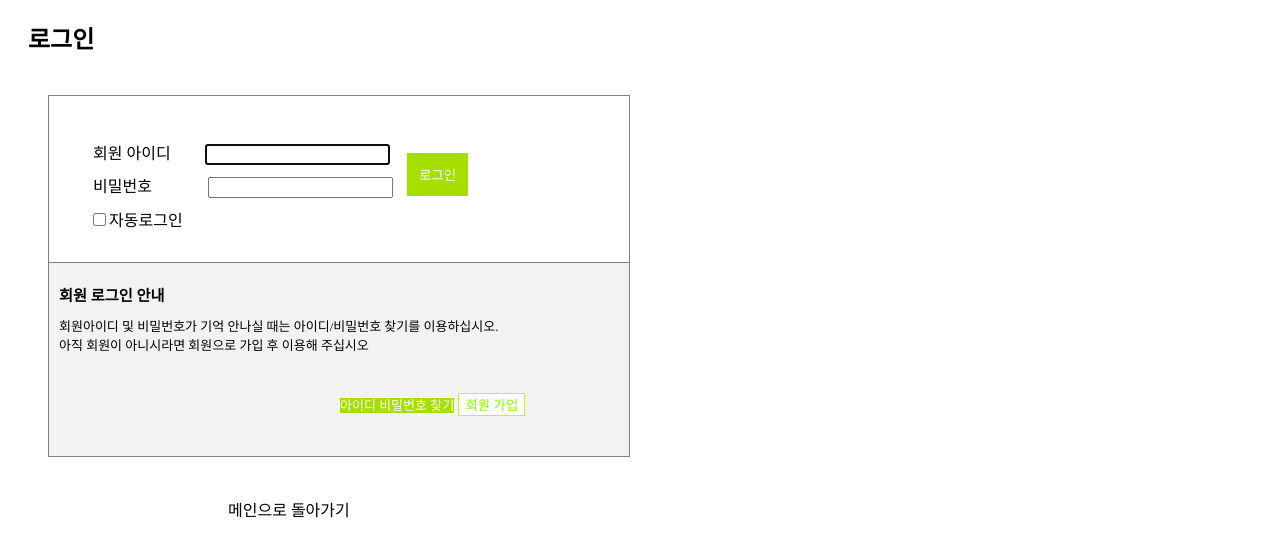
Repository: ks12b0000/JSP-School-Class
Page: chap10_JSP/src/main/webapp/Test/loginWrite.html
These files come from the project's save history. The page is drawn as it stood at one moment and after the next save; the edit follows.
The browser window is 1280 px wide. The pictures show the whole page.

Above is the page before, as saved 2022-06-04 12:34:33.

### chap10_JSP/src/main/webapp/Test/loginWrite.html
<!DOCTYPE html>
<html>
<head>
	<meta charset="UTF-8">
	<meta name="viewport" content="width=device-width, initial-scale=1.0">
	<title>로그인</title>
	<link rel="stylesheet" href="loginWrite.css" />
	<script>
function loginChk() {
    var form = document.f1;
    if (!form.user_id.value) {
        alert("아이디를 입력해 주십시오.");
        form.user_id.focus();
        return;
    }

    if (!form.user_pw.value) {
        alert("비밀번호를 입력해 주십시오.");
        form.user_pw.focus();
        return;
    }
    form.submit();
}
    </script>
</head>
<body>
	<h2>로그인</h2>
	<div class="login1">
	<form name="f1" method="post">
	<div id="id" >
		<label for="user_id">회원 아이디</label> <input type="text" id="user_id" name="user_id" autofocus/><br/>
	</div>
	<div id="pw">
		<label for="user_pw">비밀번호</label> <input type="password" id="user_pw" name="user_pw"/>
	</div>
	<div id="login_Bt">
		<input type="submit" value="로그인" onclick="loginChk()"/><br/>
	</div>
	</form>
	<form id="login_Ck">
		<input type="checkbox" id="Auto-Login" /><label for="Auto-Login">자동로그인</label>
	</form>
	</div>
	<div class="login2">
		<h3>회원 로그인 안내</h3><br/>
		<p>회원아이디 및 비밀번호가 기억 안나실 때는 아이디/비밀번호 찾기를 이용하십시오.<br/>
		아직 회원이 아니시라면 회원으로 가입 후 이용해 주십시오</p><br/>
		<form>
			<a href="findMemberInfo.html"  id="idpw_bt" onclick="window.open(this.href, '_blank', 'width=800', 'height=600');return false;">아이디 비밀번호 찾기</a>
			<a href="memberWriteSub.html"><input id="signup" type="button" value="회원 가입" /></a><br/>
		</form>
	</div>

	<a href="http://localhost:8080/chap10_JSP/Test/loginWrite.html" id="mainback">메인으로 돌아가기</a>
</body>
</html>

### chap10_JSP/src/main/webapp/Test/loginWrite.css
@charset "UTF-8";
	body h2 {
		margin-left: 20px;
	}
	.login1 {
		width: 500px;
		border: 1px solid gray;
		margin: 40px;
		padding: 40px;

	}
	.login1 #id {
		width: 400px;

		padding: 4px;
	}
	.login1 #id input {

		margin-left: 30px;
	}
	.login1 #pw {

		padding: 4px;
	}
	.login1 #pw input {

		margin-left: 52px;
	}
	.login1 #login_Bt {
		text-align: right;
		margin-top: -50px;
		margin-right: 120px;
	}
	.login1 #login_Bt input {
		margin-left: 5px;
		padding: 12px;
		border: 1px solid white;
		background-color: #A5DF00;
		color: white;
	}
	.login1 #login_Ck {
		margin-top: 10px;
	}
	.login2 {
		border: 1px solid gray;
		font-size: 13px;
		background-color: #F2F2F2;
		width: 500px;
		margin: 40px;
		padding: 40px;
		margin-top: -50px;

	}
	.login2 h3 {
		margin-top: -20px;
		margin-left: -30px;
	}
	.login2 p {
		margin-top: -20px;
		margin-left: -30px;
	}
	.login2 form {
		margin-top: 10px;
		margin-left: 250px;

	}
	.login2 #idpw_bt {
		border: 1px solid white;
		background-color: #A5DF00;
		text-decoration:none;
		height: 50px;
		color: white;
	}
	.login2 #signup {
		border: 1px solid #BFFF00;
		background-color: white;
		color: #80FF00;
	}
	body #mainback {
		margin-left: 220px;
		text-decoration: none;
		color: black;
	}
	body #em2 {
		border-top: 1px solid gray;
		margin-left: 20px;
		padding-top: 15px;
	}
	#email1 {
		margin-left: 20px;
		font-size: 19px;
	}
	#email1 input {
		width: 500px;
		height: 30px;
	}
	.button {
		margin-top: 40px;
		margin-left: 250px;
	}
	.button #Confirm {
		margin-left: 5px;
		padding: 12px;
		width: 150px;
		border: 1px solid white;
		background-color: #A5DF00;
		color: white;
	}
	.button #close {
		margin-left: 5px;
		padding: 12px;
		width: 100px;
		border: 1px solid white;
		background-color: #0B3B39;
		color: white;
	}
	body #tm2 {
		color: red;
		text-align: center;
	}
	body #tm3,#tm5 {
		text-align: center;
	}
	body #tm4,#tm6 {
		border: 1px solid black;
		width: 1300px;
		height: 300px;
		background-color: #D8D8D8;
		margin-left: 10px;
	}
	#terms_Ck,#terms_Ck2 {
		text-align: right;
	}
	#signup3 {
		text-align: center;
	}
	#signup3 input {
		margin-left: 5px;
		padding: 12px;
		border: 1px solid white;
		background-color: #A5DF00;
		color: white;
	}
	.button3 {
		text-align: right;
		margin-top: -50px;
		margin-right: 10px;
	}
	.button3 #notebox {
		border: 1px solid #BFFF00;
		background-color: white;
		color: #80FF00;
		padding: 6px;
	}
	.button3 #Revise {
		border: 1px solid #BFFF00;
		background-color: white;
		color: #80FF00;
		padding: 6px;
	}
	.button3 #secession {
		border: 1px solid white;
		background-color: #A5DF00;
		color: white;
		padding: 6px;
	}
	.Profile111 {
		border: 1px solid gray;
		border-collapse: collapse;
		margin-top: 15px;
		width: 100%;
		height: 150px;
		background-color: #FAFAFA;
	}
	.Profile111 #Profile112 {
		border-bottom: 1px solid gray;
	}
	.Profile2 {
		border-top: 3px solid black;
		width: 100%;
		background-color: #F2F2F2;
		height: 50px;
		border-bottom: 1px solid gray;
		margin-top: 20px;
	}
	#hh3 {
		margin-left: 10px;
	}
	.Contents {
		text-align: center;
		margin-top: 100px;
		border-bottom: 1px solid gray;
		height: 100px;
	}
	.menu1 ul {
		background-color: #585858;
		height: 50px;
		margin: 0;
		padding: 0;
		list-style: none;

	}
	.menu1 li {
		float: left;
		border-right: 1px solid #2E2EFE;
	}
	.menu1 li a {
		padding-left: 10px;
		color: white;
		text-decoration: none;
		display: block;
		text-align: center;
		padding: 14px 16px;
	}
	.menu1 #a1 {
		border-left: 1px solid #2E2EFE;
		margin-left: 10px;
	}
	.guide {
		text-align: left;
	}
	.button2 {
		text-align: center;
	}
	.button2 #close2 {
		text-align: center;
		padding: 10px;
		width: 80px;
		border: 1px solid white;
		background-color: #0B4C5F;
		color: white;
	}
	.Profile3 {
		border-top: 3px solid black;
		width: 100%;
		height: 50px;
		margin-top: 20px;
	}
	.Profile3 #id12 {
		margin-top: 20px;
		padding-left:10px;
		padding-top: 10px;
		text-align: left;
		width: 200px;
		background-color: #F2F2F2;
		height: 60px;
	}
	.Profile3 input {
		background-color: #F2F2F2;
		margin-left: 15px;
		margin-top: 10px;
		padding-top: 10px;
		border: 1px solid gray;
		width: 500px;
		text-align: left;
	}
	.Profile3 p {
		font-size: 13px;
		margin-left: 15px;

	}
	.Profile4 {
		border-top: 1px solid gray;
		border-bottom: 1px solid gray;
		width: 100%;
		height: 50px;
	}
	.Profile4 #id13 {
		margin-top: 20px;
		padding-left:10px;
		padding-top: 10px;
		text-align: left;
		width: 200px;
		background-color: #F2F2F2;
		height: 200px;
	}
	.Profile4 #ucontent {
		background-color: #F2F2F2;
		margin-left: 15px;
		margin-top: 10px;
		padding-top: 10px;
		border: 1px solid gray;
		width: 700px;
		height: 200px;
		text-align: left;
	}
	.button12 {
		margin-top: 40px;
		text-align: center;
	}
	.button12 #Confirm12 {
		margin-left: 5px;
		padding: 12px;
		width: 150px;
		border: 1px solid white;
		background-color: #A5DF00;
		color: white;
	}
	.button12 #close12 {
		margin-left: 5px;
		padding: 12px;
		width: 100px;
		border: 1px solid white;
		background-color: #0B3B39;
		color: white;
	}

After the next save:
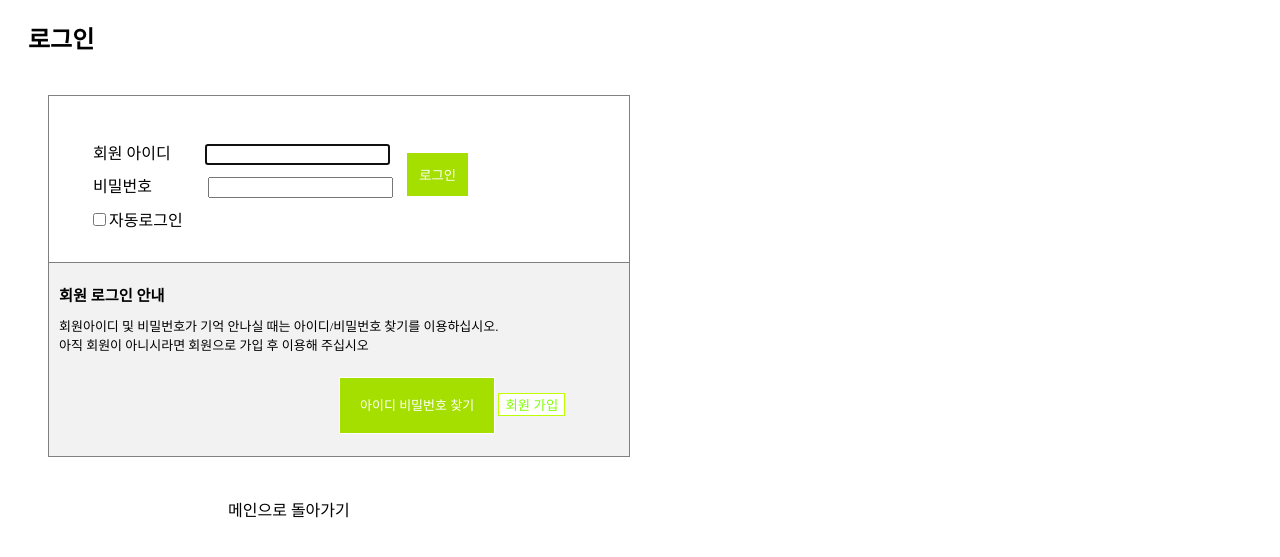
Saved 69 s later.
--- a/chap10_JSP/src/main/webapp/Test/loginWrite.css
+++ b/chap10_JSP/src/main/webapp/Test/loginWrite.css
@@ -68,7 +68,7 @@
 		border: 1px solid white;
 		background-color: #A5DF00;
 		text-decoration:none;
-		height: 50px;
+		padding: 20px;
 		color: white;
 	}
 	.login2 #signup {
